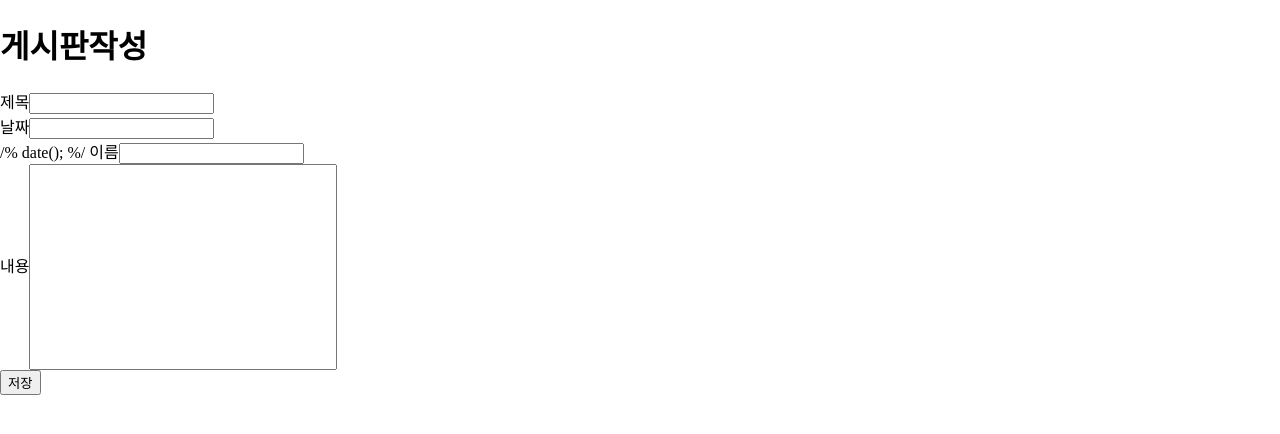
Repository: songgisung/study_web
Page: 20181126/test/board/WebContent/BoardWriter.html
These files come from the project's save history. The page is drawn as it stood at one moment and after the next save; the edit follows.
The browser window is 1280 px wide. The pictures show the whole page.

Above is the page before, as saved 2018-11-26 07:08:07.

After the next save:
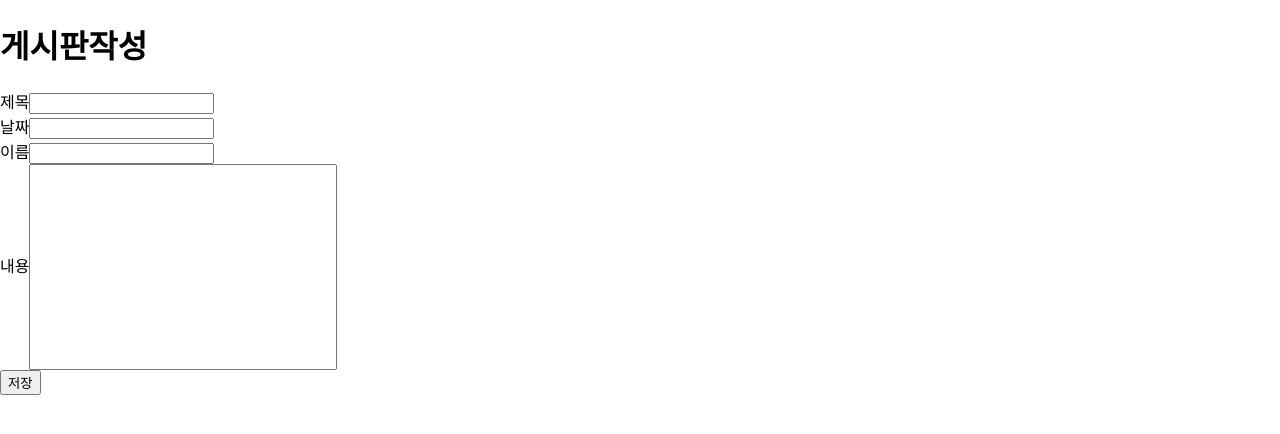
Console error: SyntaxError: Unexpected token ')'
Saved 5 min 8 s later.
--- a/20181126/test/board/WebContent/BoardWriter.html
+++ b/20181126/test/board/WebContent/BoardWriter.html
@@ -11,9 +11,6 @@
 		<form action="index.html" method="post" onsubmit="return formCheck();">
 			<tr>제목</tr><input type="text" name="제목" /><br/>
 			<tr>날짜</tr><input type="text" name="날짜" /><br/>
-			/%
-				date();
-			%/
 			<tr>이름</tr><input type="text" name="작성" /><br/>
 			<tr>내용</tr><input class="content" type="text" name="내용" /><br/>
 			<input type="submit" value="저장">
@@ -45,6 +42,11 @@
 					}
 				}
 
+			    $(document).ready(function()){
+			    	// 자동 실행 할 javascript 함수 또는 코드를 넣는다.
+			    	date();
+			    });
+
 				function date(){
 					var date = new Date();
 					var year = date.getFullYear();
